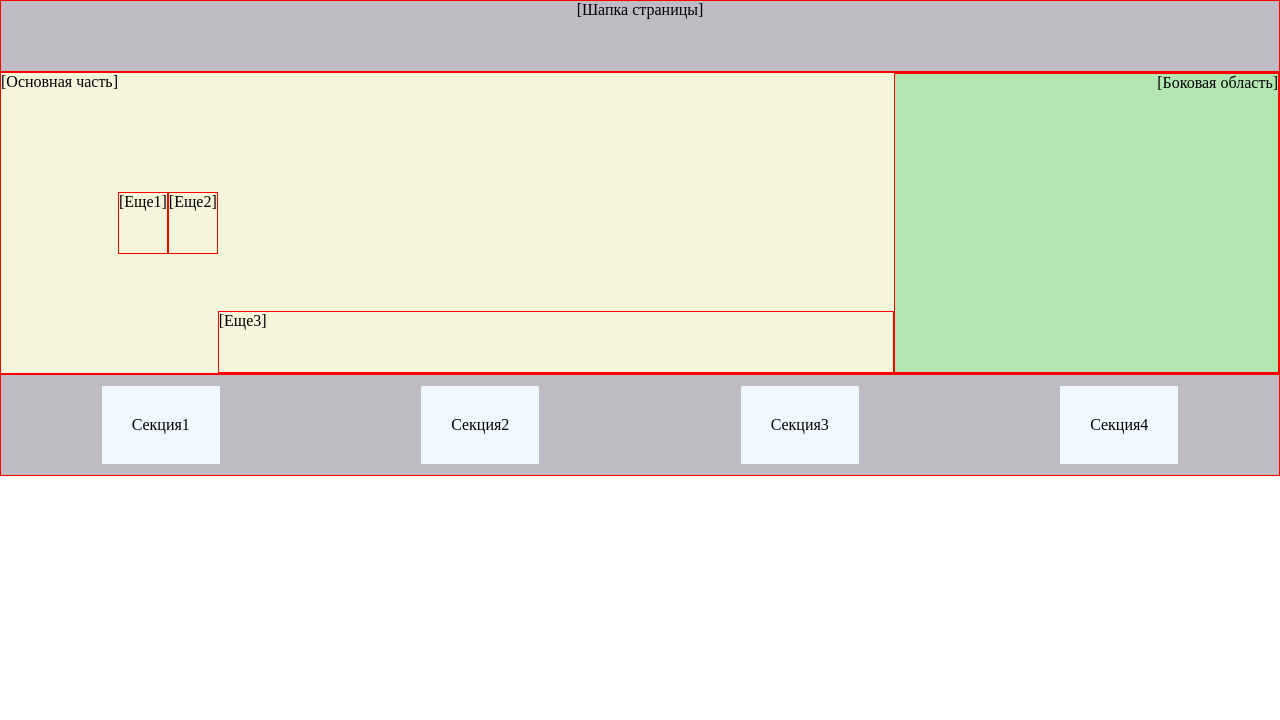
Repository: IrinaGetmanenko/week5
Page: week5/index.html
An editor plug-in stored every save of this project. The page is shown before and after the next save, followed by the edit.
The browser window is 1280 px wide. The pictures show the whole page.

Above is the page before, as saved 2022-08-28 20:12:28.

### week5/index.html
<!DOCTYPE html>
<html lang="en">
<head>
    <meta charset="UTF-8">
    <meta http-equiv="X-UA-Compatible" content="IE=edge">
    <meta name="viewport" content="width=device-width, initial-scale=1.0">
    <link rel="stylesheet" href="normalize.css">
    <title>Document</title>
    <style>
    .container{
        display: flex;
        justify-content: center;
        flex-wrap: wrap;

    }

    .h1{
        display: flex;
        justify-content: center;
        border: 1px solid red;
        height: 70px;
        background-color: #bfbbc3;
    }

    .container-2{
        display: flex;
        justify-content: row;

        border: 1px solid red;
        background-color: beige;
        height: 300px;
        flex-wrap: wrap;

    }
    .section1{
        display: flex;
        border: 1px solid red;
        align-self: center;
        height: 20%;

    }
    .section2{
        display: flex;
        border: 1px solid red;
        align-self: center;
        height: 20%;
    }

    .section3{
        flex: auto;
        border: 1px solid red;
        align-self: flex-end;
        height: 20%;
    }
    .aside{
        display: flex;
        justify-content: flex-end;
        border: 1px solid red;
        background-color: rgb(178, 231, 178);
        width: 30%;



    }
    .footer{
        display: flex;
        justify-content: space-around;
        border: 1px solid red;
        height: 100px;
        background-color: #bfbbc3;
        flex-wrap: wrap;
    }
.f1{

    align-self: center;
    padding: 30px;
    background-color: aliceblue;


}
.f2{

    align-self: center;
    padding: 30px;
    background-color: aliceblue;
}
.f3{

    align-self: center;
    padding: 30px;
    background-color: aliceblue;
}
.f4{

    align-self: center;
    padding: 30px;
    background-color: aliceblue;
}
    </style>
</head>
<body class="container-1">
    <header class="h1" >[Шапка страницы]</header>

<main>
<main class="container-2">[Основная часть]
<main class="section1">[Eще1]</main>
<main class="section2">[Еще2]</main>
<main class="section3">[Еще3]</main>
<aside class="aside">[Боковая область]</aside>
</main>

</main>

<footer class="footer">
       <footer class="f1">Секция1</footer>
       <footer class="f2">Секция2</footer>
       <footer class="f3">Секция3</footer>
       <footer class="f4">Секция4</footer>
</footer>

</body>
</html>

Loaded but not shown: week5/normalize.css (library)

After the next save:
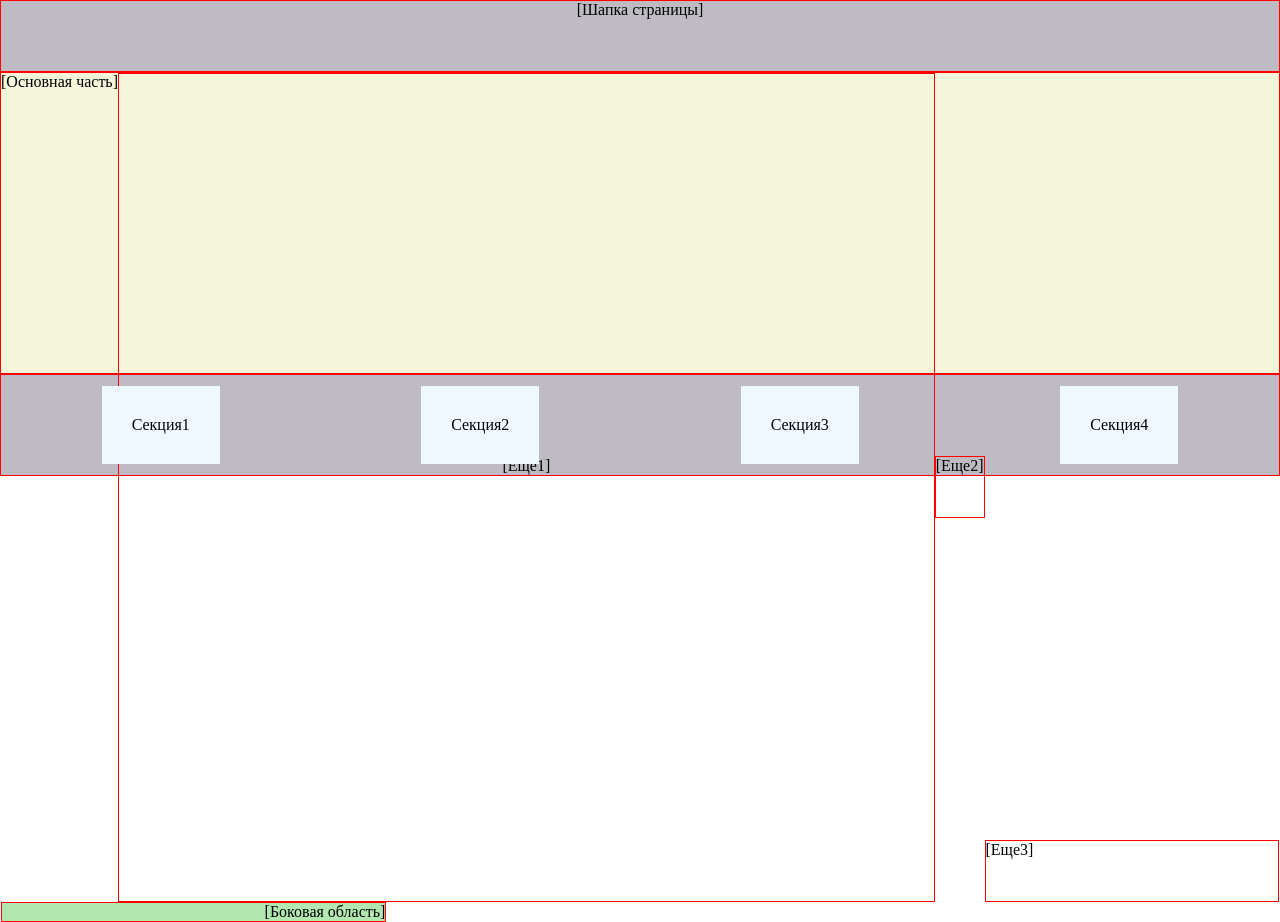
Saved 43 s later.
--- a/week5/index.html
+++ b/week5/index.html
@@ -37,6 +37,7 @@
         border: 1px solid red;
         align-self: center;
         height: 20%;
+        padding: 30%;
 
     }
     .section2{

After the save that followed:
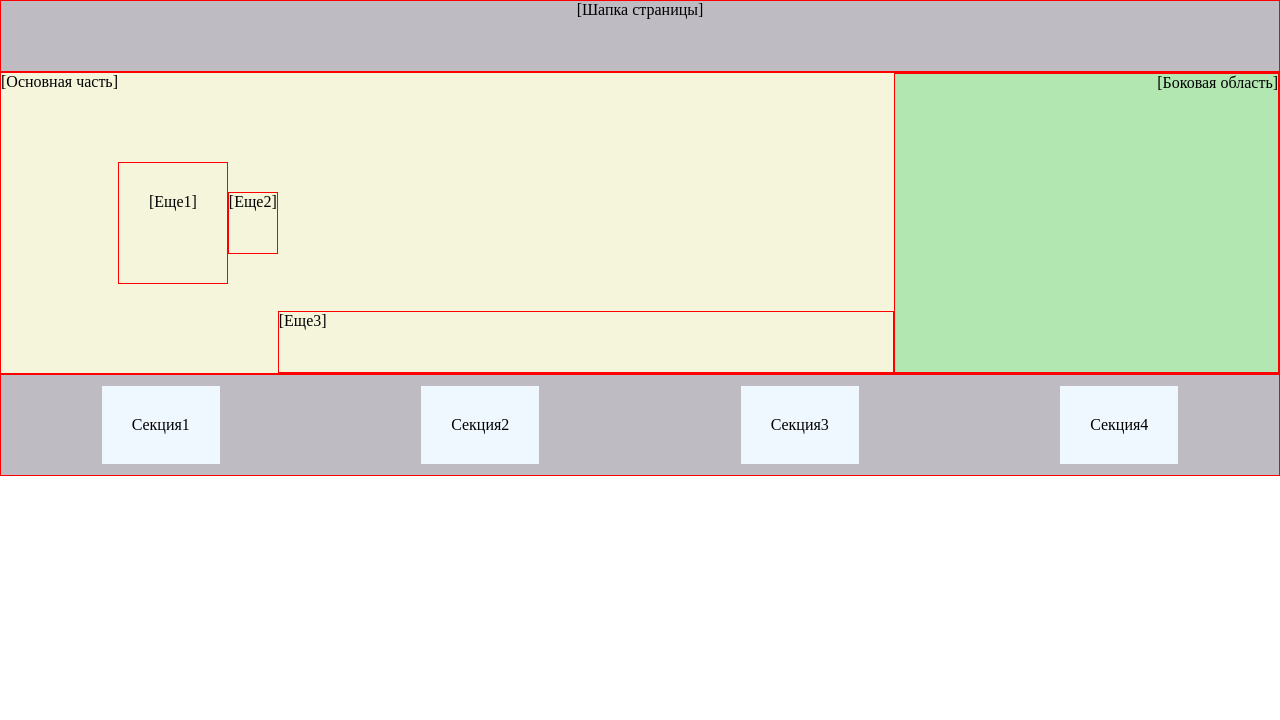
Saved 11 s later.
--- a/week5/index.html
+++ b/week5/index.html
@@ -37,7 +37,7 @@
         border: 1px solid red;
         align-self: center;
         height: 20%;
-        padding: 30%;
+        padding: 30px;
 
     }
     .section2{
